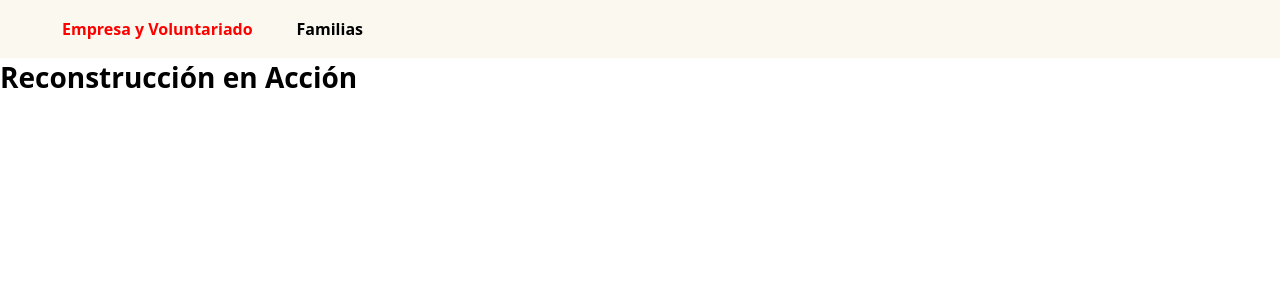
Repository: Synergy-club/reconstruction
Page: /
These files come from the project's save history. The page is drawn as it stood at one moment and after a run of saves; the edit follows.
The browser window is 1280 px wide. The pictures show the whole page.
The project was rebuilt for these pictures with package versions that can differ from the ones it lists, and the page was loaded fresh each time. Also part of the build but not shown: vite.config.js, src/views/Families/Families.jsx.

Above is the page before, as saved 2024-12-10 02:09:53.

### index.html
<!DOCTYPE html>
<html lang="en">
  <head>
    <meta charset="UTF-8" />
    <link rel="icon" type="image/svg+xml" href="/vite.svg" />
    <meta name="viewport" content="width=device-width, initial-scale=1.0 user-scalable=no" />
    <meta name="description" content="Agrupación de profesionales de primer nivel de los sectores de la logística, arquitectura y construcción unidos para gestionar y coordinar los esfuerzos de reconstrucción tras las inundaciones. Garantizando la trazabilidad y transparencia de las donaciones.
      La emisión de certificados inmediatos de donaciones así como los reconocimientos al voluntariado se harán bajo el paraguas de Fundación Synergy Club internacional, una plataforma abierta que suma acciones de asociaciones y fundaciones. Siempre y todas ellas sin ninguna vinculación política y sin ánimo de lucro.
      Esta iniciativa está abierta a todos los profesionales, voluntarios y héroes vecinales que necesitan o pueden aportar recursos eficientes y de calidad para la reconstrucción.
      Nos apoyamos y promovemos las agrupaciones improvisadas de vecinos de las zonas afectadas por la catástrofe que han reaccionado y son un referente de ayuda inmediata y conocimiento real de las situaciones de sus vecinos."
    />
    <meta name="author" content="Synergy Clubs International" />
    <title>Reconstrucción Valencia</title>
  </head>
  <body>
    <div id="root"></div>
    <script type="module" src="/src/main.jsx"></script>
  </body>
</html>

### src/main.jsx
import { StrictMode } from 'react'
import { createRoot } from 'react-dom/client'
import { BrowserRouter } from 'react-router-dom'
import './assets/global-style/style.css'
import App from './App.jsx'
import { ReducerProvider } from './contexts/ReducerContext.jsx'
import { ReferenceProvider } from './contexts/ReferenceContext.jsx'

createRoot(document.getElementById('root')).render(
  <StrictMode>
    <BrowserRouter>
      <ReducerProvider>
        <ReferenceProvider>
          <App />
        </ReferenceProvider>
      </ReducerProvider>
    </BrowserRouter>
  </StrictMode>
)

### src/assets/global-style/style.css
:root {
  /* BACKGROUND COLOR */
  --sci-bg-dark: #222222;
  --sci-bg-white: #ffffff;
  --sci-primary-blue: #78b3ce;
  --sci-light-blue: #c9e6f0;
  --sci-light-cream: #fbf8ef;
  --sci-accent-orange: #f96e2a;

  /*FONT*/
  --sci-font-main: sans-serif;

  /*COLOR TEXT*/
  --sci-text-dark: #222222;
  --sci-text-white: #ffffff;
  --sci-text-orange: #f96e2a;

  /*SPACING AND ROUNDED*/
  --sci-spacing-xs: 8px;
  --sci-spacing-s: 12px;
  --sci-spacing-m: 16px;
  --sci-spacing-l: 24px;
  --sci-spacing-xl: 48px;

  /*FONT SIZE*/
  --sci-font-size-xs: 12px;
  --sci-font-size-s: 16px;
  --sci-font-size-m: 18px;
  --sci-font-size-l: 22px;
  --sci-font-size-xl: 28px;
}
* {
  margin: 0;
  padding: 0;
  box-sizing: border-box;
  font-family: system-ui, -apple-system, BlinkMacSystemFont, 'Segoe UI', Roboto,
    Oxygen, Ubuntu, Cantarell, 'Open Sans', 'Helvetica Neue', sans-serif;
}

html {
  scroll-behavior: smooth;
}
h1,
h2,
h3,
h4,
h5 {
  font-size: var(--sci-font-size-xl);
}
p,
button,
li {
  font-size: var(--sci-font-size-m);
}

ul {
  list-style-type: disc;
  padding-left: 20px;
}
a {
  text-decoration: none;
}
.button {
  cursor: pointer;
  background: none;
  padding: var(--sci-spacing-xs) var(--sci-spacing-s);
  border: none;
  color:var(--sci-text-dark);
  transition: all 0.2s ease-in;
  display: flex;
  justify-content: center;
  align-items: center;
  gap: 8px;
  font-weight: 600;
}

.button:hover {
  color:var(--sci-text-orange);

}

@keyframes fadeInUp {
  0% {
    opacity: 0;
    transform: translateY(20px);
  }
  100% {
    opacity: 1;
    transform: translateY(0);
  }
}

.fadeIn {
  opacity: 1;
  animation: fadeInUp 0.5s ease-in;
}

@keyframes show {
  from {
    opacity: 0;
    scale: 50%;
  }
  to {
    opacity: 1;
    scale: 100%;
  }
}

@media (max-width: 850px) {
  h1,
  h2,
  h3,
  h4,
  h5 {
    font-size: var(--sci-font-size-xl);
  }

  button,
  li,
  p {
    font-size: var(--sci-font-size-s);
    line-height: 20px;
  }
}

@media (max-width: 400px) {
  h1,
  h2,
  h3,
  h4,
  h5 {
    font-size: var(--sci-font-size-xl);
  }
  li,
  button,
  a {
    font-size: var(--sci-font-size-s);
  }
  p {
    font-size: 14px;
  }
}

### src/App.jsx
import { Route, Routes } from 'react-router-dom'
import Layout from './layout/Layout'
import Workforce  from './views/Workforce/Workforce '
import Families from './views/Families/Families'
import NotFound from './views/404/NotFound'

const App = () => {
  return (
    <Routes>
      <Route path='/' element={<Layout />}>
        <Route index element={<Workforce  />} />
        <Route path='familias' element={<Families />} />
        {/*ERROR LINK*/}
        <Route path='*' element={<NotFound />} />
        <Route />
      </Route>
    </Routes>
  )
}

export default App

### src/contexts/ReducerContext.jsx
import { createContext } from 'react'

export const ReducerContext = createContext()
export const ReducerProvider = ({children}) => {
  return (
    <ReducerContext.Provider value={{}}>{ children }</ReducerContext.Provider>
  )
}

### src/contexts/ReferenceContext.jsx
import { createContext } from 'react'

export const ReferenceContext = createContext()

export const ReferenceProvider = ({ children }) => {
  return <ReferenceContext.Provider value={{}}>{children}</ReferenceContext.Provider>
}

### src/layout/Layout.jsx

import { Fragment } from 'react'
import { Outlet } from 'react-router-dom'
import Header from '../components/Header/Header'

const Layout = () => {
  return (
    <Fragment>
    <header><Header /></header>
    <div>
      <Outlet />

    </div>
    </Fragment>
  )
}

export default Layout

### src/views/Workforce/Workforce .jsx
import Container from '../../components/Container/Container'
import { workforceContent } from './utils/workforece'

const Workforce = () => {
  return (
    <section>
      <div>
        <Container arrayContent={workforceContent} />
      </div>
    </section>
  )
}

export default Workforce

### src/views/404/NotFound.jsx
import React, { useEffect } from 'react'
import { useNavigate } from 'react-router-dom'

const NotFound = () => {
  const navigate = useNavigate()
  useEffect(() => {
    const timeout = setTimeout(() => {
      navigate('../')
    }, 300)
    return () => clearTimeout(timeout)
  }, [navigate])
}

export default NotFound

### src/components/Header/Header.jsx
import { NavLink } from 'react-router-dom'
import './Header.css'

const Header = () => {
  return (
    <nav className='nav__container'>
      <NavLink
        to='/'
        className={({ isActive }) =>
          `button ${
            isActive ? 'nav__content-link active' : 'nav__content-link'
          }`
        }
      >
        Empresa y Voluntariado
      </NavLink>
      <NavLink
        to='/familias'
        className={({ isActive }) =>
          `button ${isActive ? 'nav__content-link active' : 'nav__content-link'
          }`
        }
      >
        Familias
      </NavLink>
    </nav>
  )
}

export default Header

### src/components/Container/Container.jsx
import React from 'react'

const Container = ({arrayContent}) => {
  console.log(arrayContent);
  const {body, donation} = arrayContent

  return (
    <div>
      <h1>{body.title}</h1>

    </div>
  )
}

export default Container

### src/views/Workforce/utils/workforece.js
export const workforceContent = {
  body: {
    title: 'Reconstrucción en Acción',
    description:
      'Reconstrucción en Acción: Juntos lo estamos haciendo posible.',
    description_:
      'Esta sección está enfocada en la gestión logística y las acciones de reconstrucción en curso, mostrando lo que se está haciendo para la recuperación de la zona.',
    helmet: '' /* Palabras claves para google */
  },
  donationBoxes: [
    {
      title: 'Plataforma Logística',
      description:
        'Descripción: Centro de distribución de materiales de construcción y gestión de recursos.',
      additional_:
        'Acción: Asegura que los materiales lleguen de manera eficiente a las familias y a las obras de reconstrucción.',
      link: '',
      image: '',
      button_text: 'Donar Materiales',
      span: ''
    },
    {
      title: 'Coordinación de Trabajos y Oficios',
      description:
        'Descripción: Gestión de proyectos de obra, asignación de voluntarios y coordinación de los oficios profesionales (albañiles, carpinteros, electricistas, etc.).',
      additional_:
        'Acción: Se coordina la ejecución de la obra y la asignación de mano de obra profesional.',
      link: '',
      image: '',
      button_text: 'Donar Mano de Obra',
      span: ''
    },
    {
      title: 'Arquitectura, Peritaciones y Proyectos:',
      description:
        'Descripción: Colaboración con el Instituto Valenciano de Edificación, arquitectos y peritos que elaboran proyectos de reconstrucción y brindan asesoramiento técnico.',
      additional_:
        'Acción: Se ofrecen servicios de arquitectura, peritaciones y elaboración de proyectos.',
      link: '',
      image: '',
      button_text: 'Donar trabajos técnicos',
      span: 'Arquitectos y arquitectos técnicos, trabajadores sociales para gestión de ayudas.'
    },
    {
      title: 'Materiales de Obra y Equipamiento:',
      description:
        'Descripción: Donación de materiales de construcción y equipamiento, tanto de personas particulares como de empresas.',
      additional_:
        'Acción: Se reciben donaciones de materiales para las obras de reconstrucción.',
      link: '',
      image: '',
      button_text: 'Donar Materiales',
      span: ''
    },
    {
      title: 'Voluntarios y Mano de Obra:',
      description:
        'Descripción: Donación de tiempo de voluntarios para colaborar en la reconstrucción de las viviendas.',
      additional_:
        'Acción: Se solicitan voluntarios para tareas de limpieza, reparación y reconstrucción de viviendas.',
      link: '',
      image: '',
      button_text: 'Donar Voluntariado',
      span: ''
    },
    {
      title: 'Vehículos y Transporte:',
      description:
        'Descripción: aportación  de vehículos con o sin conductor para transportar materiales y/o mano de obra a las zonas afectadas y facilitar la reconstrucción.',
      additional_:
        'Acción: donación de vehículos y tiempo de uso para el transporte de materiales.',
      link: '',
      image: '',
      button_text: 'Donar o compartir medios de transporte',
      span: ''
    }
  ]
}

### src/components/Header/Header.css
.nav__container{
  width:100%;
  padding: 10px 50px;
  background-color: var(--sci-light-cream);
  display: flex;
  justify-content: start;
  align-items: center;
  gap:20px;
}

.nav__content-link {
  color: black;
  text-decoration: none;
}

.nav__content-link.active {
  color: red; /* Cambia a tu color preferido */
}

After the next 2 saves:
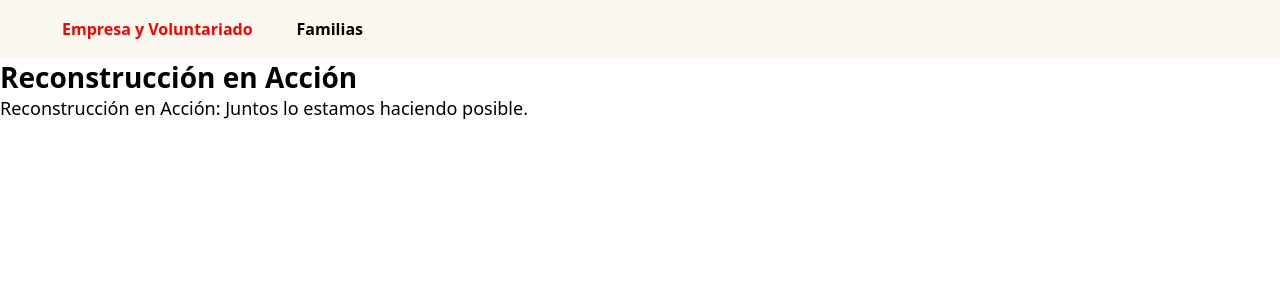
The 2 saves are shown as one change because they came seconds apart.
The last was saved 38 s later.
--- a/src/components/Container/Container.jsx
+++ b/src/components/Container/Container.jsx
@@ -6,7 +6,12 @@ const Container = ({arrayContent}) => {
 
   return (
     <div>
+    <div>
       <h1>{body.title}</h1>
+    </div>
+    <article>
+      <p>{body.description}</p>
+    </article>
 
     </div>
   )
